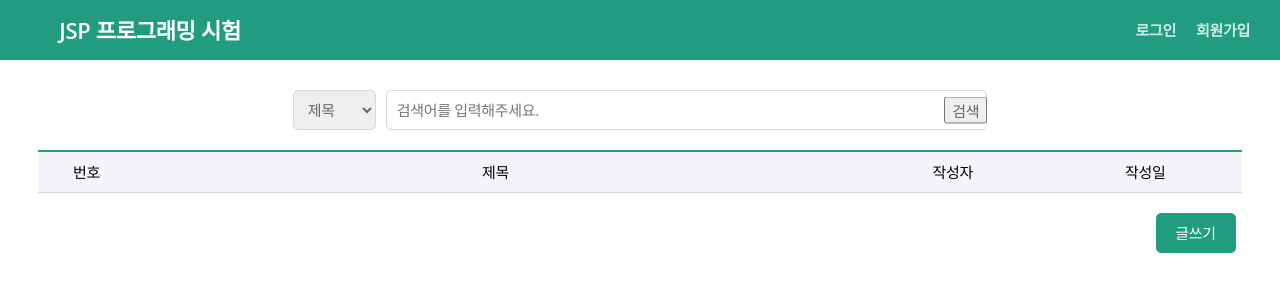
Repository: yujin149/noticeJSP
Page: http://localhost/BBS/bbs.jsp
The author's editor kept a copy of each file at every save. The page is drawn from the files as they stood at one save, then again after a run of saves.
The browser window is 1280 px wide. The pictures show the whole page.
Some web libraries are served in a nearby version. The page is served by Tomcat 9. Queries for data that is not in the repository find no rows.

Above is the page before, as saved 2024-11-29 06:54:50.

After the next 2 saves:
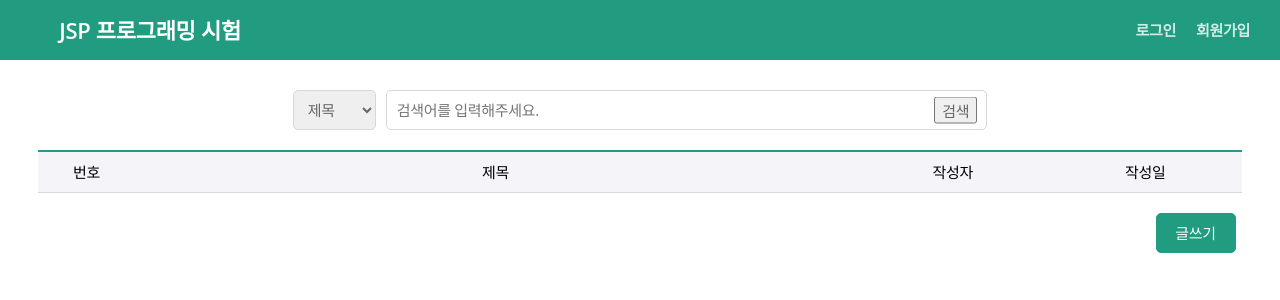
The 2 saves are shown as one change because they came seconds apart.
The last was saved 8 s later.
--- a/BBS/src/main/webapp/css/style.css
+++ b/BBS/src/main/webapp/css/style.css
@@ -78,8 +78,8 @@ border:1px solid #219c80; height:40px; font-size:16px; font-weight:600; height:4
 padding:0 10px; border-radius:5px;}
 .searchWrap .search{width:50%;}
 .searchWrap select{margin-right:10px; outline:none;}
-.searchWrap input{width:100%;   outline:none; box-sizing:border-box;}
+.searchWrap input{width:100%; outline:none; box-sizing:border-box;}
 .searchWrap .search{position:relative;}
 
-.searchWrap .search button{position:absolute; top:50%; right:0;
+.searchWrap .search button{position:absolute; top:50%; right:10px;
 transform: translateY(-50%);}
